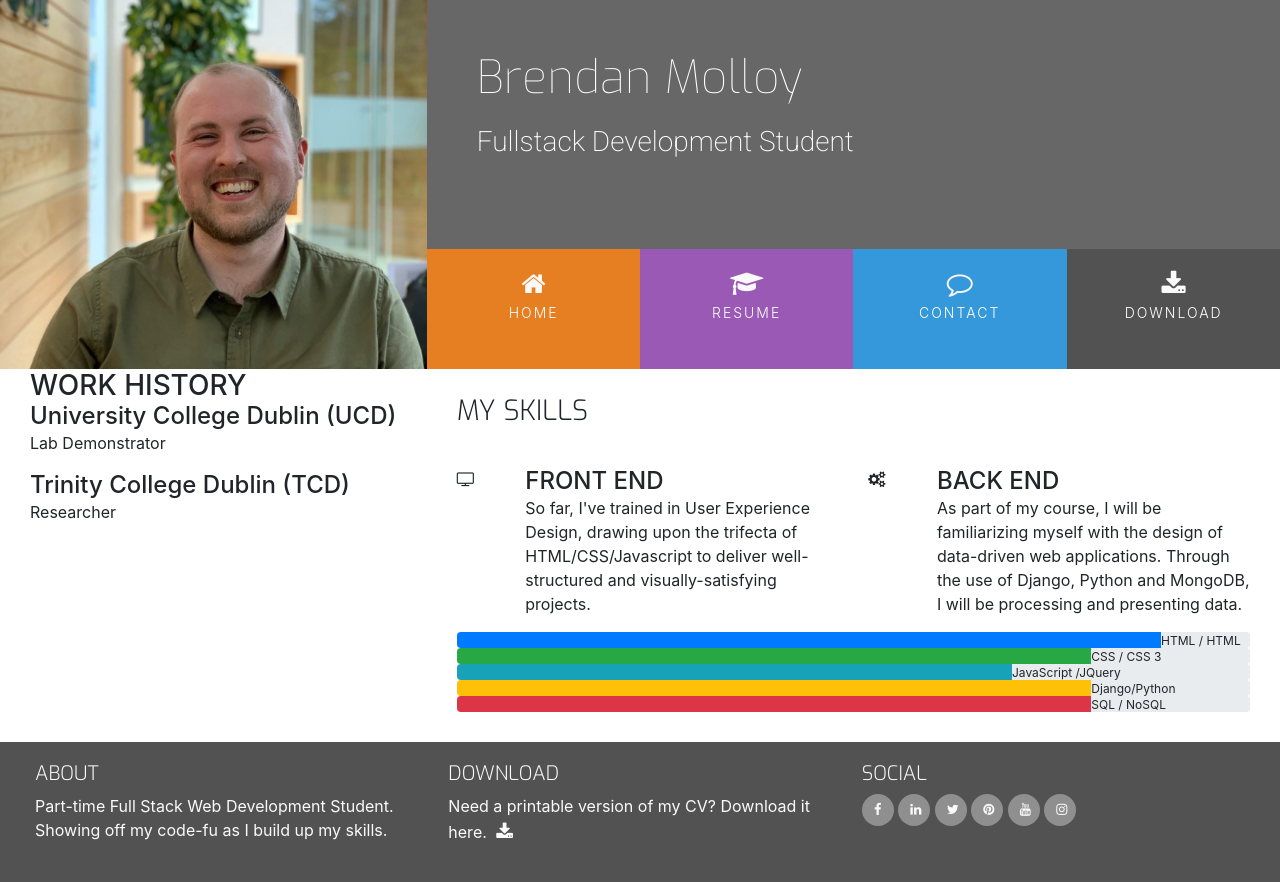
Repository: BrendanMolloy/my-web-cv
Page: resume.html
The author's editor kept a record of every edit. The page is drawn from the files as they stood at one moment, then again after the next edit.
The browser window is 1280 px wide. The pictures show the whole page.

Above is the page before.

After the next edit:
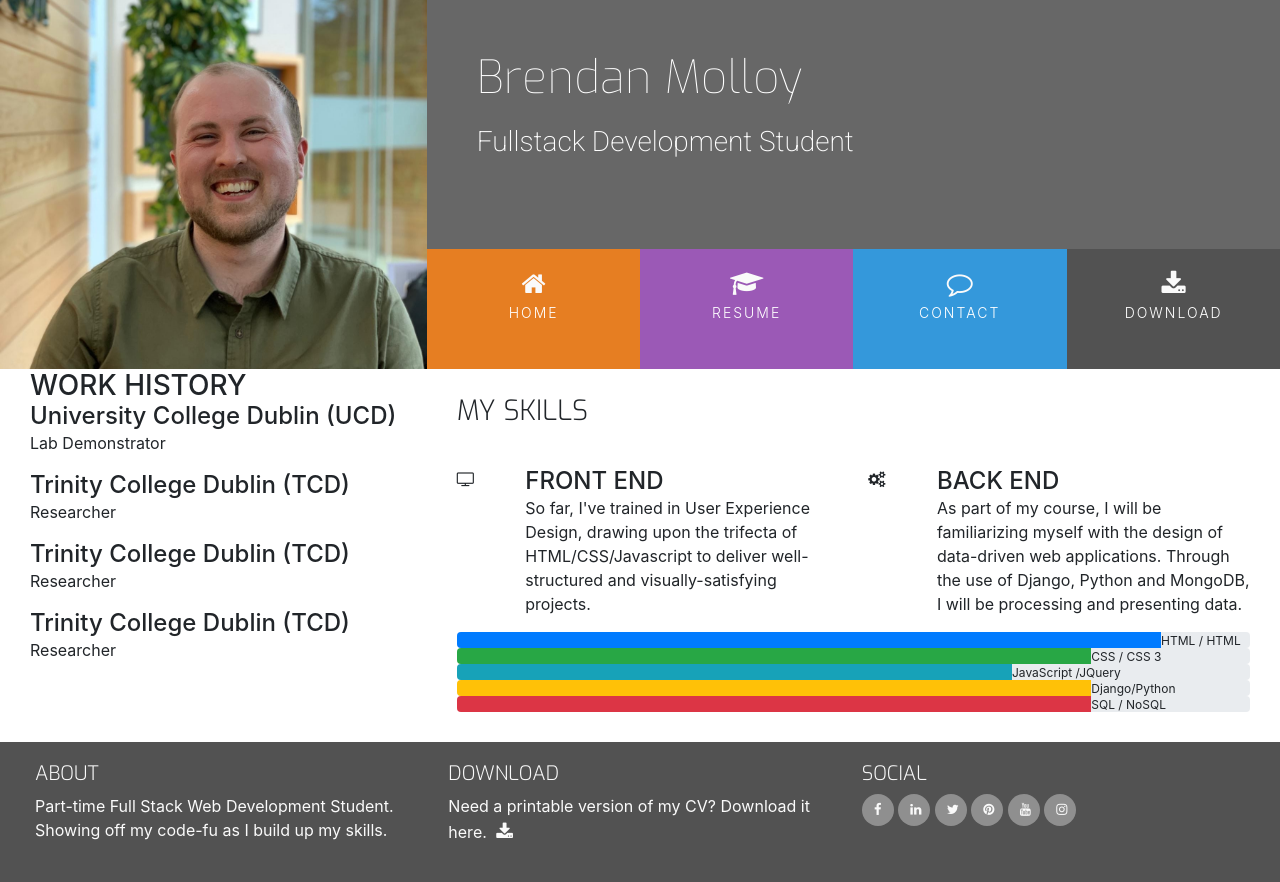
The edit:
--- a/resume.html
+++ b/resume.html
@@ -65,6 +65,14 @@
                     <h4>Trinity College Dublin (TCD)</h4>
                     <p>Researcher</p>
                 </div>
+                <div class="timeline-item" data-dates="10/2014 - 12/2017">
+                    <h4>Trinity College Dublin (TCD)</h4>
+                    <p>Researcher</p>
+                </div>
+                <div class="timeline-item" data-dates="10/2014 - 12/2017">
+                    <h4>Trinity College Dublin (TCD)</h4>
+                    <p>Researcher</p>
+                </div>
             </div>
             <div class="col-md-8 bg-color-three-reasons section-column">
                 <div class="row">
